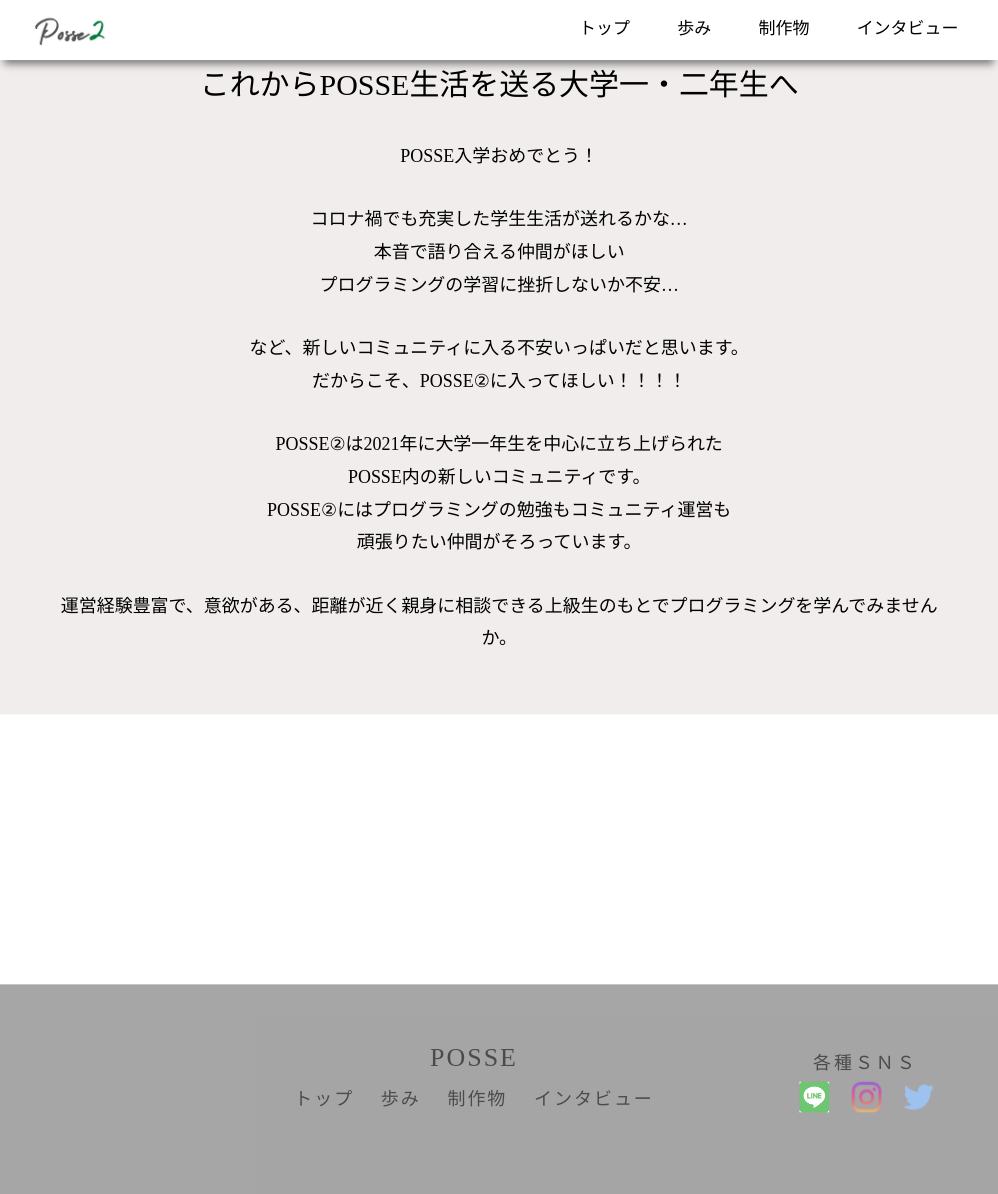
Repository: posse-ap/posse2-hackathon-202202-team2A
Page: topPage/index.html
These files come from the project's save history. The page is drawn as it stood at one moment and after a run of saves; the edit follows.
The browser window is 1280 px wide. The pictures show the whole page, at 78% of full size.

Above is the page before, as saved 2022-02-15 03:16:26.

### topPage/index.html
<!DOCTYPE html>
<html lang="en">

<head>
    <meta charset="UTF-8" />
    <meta http-equiv="X-UA-Compatible" content="IE=edge" />
    <meta name="viewport" content="width=device-width, initial-scale=1.0" />
    <title>Document</title>
    <link rel="stylesheet" href="/reset.css" />
    <link rel="stylesheet" href="/topPage/style.css" />
</head>

<body>
    <!-- <header id="header" class="header">
        <div class="header_content">
            <div class="header_title">
                <img src="/topPage images/S__31211608.jpg" alt="" class="header_title_img">
            </div>
            <div class="header_links">
                <ul>
                    <li><a href="">トップページ</a></li>
                    <li><a href="">活動記録</a></li>
                    <li><a href="">日常の記録</a></li>
                    <li><a href="">保護者の方へ</a></li>
                </ul>
            </div>
        </div>
    </header> -->

    <header id="header" class="header">
        <div class="header_content">
            <div class="header_title">
                <img src="/topPage images/S__31211608.jpg" alt="" class="header_title_img">
            </div>
            <!-- ①サイトタイトル -->
            <div class="nav-wrapper header_links">
                <!-- ②ナビゲーションメニュー -->
                <nav class="header-nav">
                    <ul class="nav-list">
                        <li class="nav-item">
                            <a href="">トップ</a>
                        </li>
                        <li class="nav-item">
                            <a href="">歩み</a>
                        </li>
                        <li class="nav-item">
                            <a href="">制作物</a>
                        </li>
                        <li class="nav-item">
                            <a href="">インタビュー</a>
                        </li>
                    </ul>
                </nav>
            </div>
            <button class="burger-btn">
                <!-- ③ハンバーガーボタン -->
                <span class="bar bar_top"></span>
                <span class="bar bar_mid"></span>
                <span class="bar bar_bottom"></span>
            </button>
        </div>
    </header>

    <section class="section">
        <div>
            <h2>これからPOSSE生活を送る大学一・二年生へ</h2>
        <p>POSSE入学おめでとう！</p>
        <p>コロナ禍でも充実した学生生活が送れるかな…<br>
            本音で語り合える仲間がほしい<br>
            プログラミングの学習に挫折しないか不安…<br>
            </p>
        <p>など、新しいコミュニティに入る不安いっぱいだと思います。<br>
            だからこそ、POSSE②に入ってほしい！！！！
            </p>
        <p>POSSE②は2021年に大学一年生を中心に立ち上げられた<br>POSSE内の新しいコミュニティです。<br>
            POSSE②にはプログラミングの勉強もコミュニティ運営も<br>頑張りたい仲間がそろっています。
        </p>
        <p>
            運営経験豊富で、意欲がある、距離が近く親身に相談できる上級生のもとでプログラミングを学んでみませんか。
        </p>
        </div>
    </section>



    <footer class="footer">
        <div class='footer_box'>
            <div class="footer_box1">
                <div class='footer_official_box'>
                    <label for="logo"><p>POSSE</p></label>
                    <!-- <a id='logo'  href="https://posse.anti-pattern.co.jp/"><img class='posse_logo_footer' src="img\posseLogo.png" alt="ポッセロゴ"></a> -->
                </div>
                <div class='footer_other_box'>
                    <div class='footer_page_in_site'>
                        <a href="">トップ</a>
                        <a href="">歩み</a>
                        <a href="">制作物</a>
                        <a href="">インタビュー</a>
                    </div>
                </div>
            </div>
            <div class='SNS'>
                <p>各種ＳＮＳ</p>
                <div class='SNS_box'>
                    <a href=""><img src="/topPage images/LINE.png" alt=""></a>
                    <a href="https://instagram.com/posse_programming?utm_medium=copy_link"><img src="/topPage images/instagram2.png" alt="instagram"></a>
                    <a href="https://twitter.com/posse_program?s=20"><img src="/topPage images/twitter2.png" alt="twitter"></a>
                </div>
            </div>
        </div>
    </footer>

    <script src="https://ajax.googleapis.com/ajax/libs/jquery/3.6.0/jquery.min.js"></script>
    <script src="/topPage/script.js"></script>
</body>

</html>

### topPage/style.css
html {
    font-size: 1vw;
}

body {
    text-align: center;
    margin: 0 auto;
    font-family: "ヒラギノ丸ゴ Pro W4", "ヒラギノ丸ゴ Pro", "Hiragino Maru Gothic Pro", "ヒラギノ角ゴ Pro W3", "Hiragino Kaku Gothic Pro", "HG丸ｺﾞｼｯｸM-PRO", "HGMaruGothicMPRO";
}

.header_content {
    width: 95%;
    height: 90%;
    display: flex;
    justify-content: space-between;
    opacity: 1;
    margin: 0 6rem 0.3rem 1rem;
}

.header_title {
    display: flex;
}

.header_title_img {
    display: block;
    width: 12rem;
    height: 4rem;
    opacity: 1;
}



.header_links {
    width: 40%;
    padding: 1rem 0 0 0;
}

.header_links ul {
    display: flex;
    justify-content: space-between;
}

.header_links li a {
    display: block;
    color: black;
    text-decoration: none;
    font-size: 1.7rem;
}

.header_links li a:hover {
    opacity: 0.4;
    transform: translate(0, -5px);
}


.header {
    width: 100%;
    height: 6rem;
    background: white;
    position: fixed;
    top: 0;
    left: 0;
    padding-top: 1.1rem;
    box-sizing: border-box;
    z-index: 5;
    box-shadow: 0px 10px 10px -5px rgba(0, 0, 0, 0.5);
}

.SNS_box{
    width: 150%;
}


/* -------------------- */
/* header
  /* -------------------- */
/* .header {
    align-items: center;
    background-color: #1b1310;
    border-bottom: 1px solid #fff;
    color: #fff;
    display: flex;
    height: 74px;
    justify-content: space-between;
    padding: 0 120px;
} */

/* .nav-list {

    display: flex;
} */

/* .nav-item {

    margin-right: 55px;
} */

.burger-btn {
    display: none;
}

/* ------------------ */
/* fv
  /* ------------------ */
.fv {
    align-items: center;
    background-color: #141414;
    background-image: url(../img/fv-bgi@2x.jpg);
    background-position: center;
    background-size: cover;
    display: flex;
    flex-direction: column;
    height: 90vh;
    justify-content: center;
}

/* .main-copy {
    border: 2px solid #fff;
    color: #fff;
    font-size: 50px;
    font-weight: bold;
    padding: 34px 42px;
} */

/* ------------------ */
/* about
  /* ------------------ */
.section-title {
    font-size: 36px;
    font-weight: bold;
    letter-spacing: .05em;
    margin-bottom: 70px;
    text-align: center;
}

h3 {
    font-size: 2.4rem;
    font-weight: bold;
    letter-spacing: .1em;
    line-height: 2;
    margin-bottom: 40px;
}

.section-wrapper {
    padding: 100px 10% 50px;
}

@media screen and (min-width:541px) and (max-width:1024px) {
    .header{
        height: 10rem;
    }

    .header_content{
        padding-top: 2rem;
    }

    .header_title_img{
        width: 100%;
        height: 70%;
    }

    .header_links li a{
        font-size: 2.7rem;
        margin-top: 0;
    }

    .header_links{
        width: 50%;
    }
}

@media screen and (max-width:540px) {

    /* ----------------------- */
    /* base_sp
    /* ----------------------- */
    /* デフォルトのbuttonスタイルをリセット */
    button {
        -webkit-appearance: none;
        -moz-appearance: none;
        appearance: none;
        background: transparent;
        border: 0;
        border-radius: 0;
        color: inherit;
        cursor: pointer;
        font: inherit;
        margin: 0;
        outline: none;
        padding: 0;
        vertical-align: middle;
    }

    /* ------------------ */
    /* humberger-menu */
    /* ------------------ */
    .header {
        padding: 0;
        height: 15rem;
    }

    .header_title_img{
        margin-top: 2rem;
        width: 30rem;
        height: 10rem;
    }

    /* 以下、ハンバーガーボタン */
    .burger-btn {
        display: block;
        height: 22%;
        position: relative;
        width: 20%;
        z-index: 3;
        /* codepenの挙動のため */
        background-color: transparent;
        border: none;
        margin-top: 6rem;
    }



    .bar {
        background-color: black;
        display: block;
        height: 0.1rem;
        left: 50%;
        position: absolute;
        transform: translateX(-50%);
        width: 7rem;
    }

    .bar_top {
        top: 3rem;
    }

    .bar_mid {
        top: 50%;
        transform: translate(-50%, -50%);
    }

    .bar_bottom {
        bottom: 3rem;
    }

    .burger-btn.close{
        margin-top: 8.4rem;
    }

    .burger-btn.close .bar_top {
        transform: translate(-50%,-4.3rem) rotate(45deg);
        transition: transform .3s;
    }

    .burger-btn.close .bar_mid {
        opacity: 0;
        transition: opacity .3s;
    }

    .burger-btn.close .bar_bottom {
        transform: translate(-50%, -1rem) rotate(-45deg);
        transition: transform .3s;
    }

    /* スクロール制御 */
    .noscroll {
        overflow: hidden;
    }

    /* 以下、ハンバーガーメニュー */
    .nav-wrapper {
        visibility: hidden;
        height: 100vh;
        left: 0;
        position: fixed;
        top: 0;
        width: 100vw;
        opacity: 0;
        transition: opacity .5s;
        z-index: 2;
        /*キービジュアルと.btn_triggerとの重なりの前後関係を調整*/
    }

    .header-nav {
        background-color: white;
        height: 100%;
        width: 100%;
        z-index: 2;
    }

    .header_links ul{
        display: block;
    }

    .nav-list {
        display: block;
        left: 50%;
        position: absolute;
        text-align: center;
        top: 50%;
        transform: translate(-50%, -50%);
    }

    .nav-item {
        margin-bottom: 40px;
        margin-right: 0;
    }

    .header_links li a{
        font-size: 5rem;
    }

    /* メニューオープン時 */
    .nav-wrapper.fade {
        opacity: 1;
        visibility: visible;
    }

    /* ------------------ */
    /* fv */
    /* ------------------ */
    .main-copy {
        font-size: 30px;
    }

    /* ------------------ */
    /* about */
    /* ------------------ */
    h3 {
        font-size: 20px;
        margin-bottom: 30px;
    }

    .section-wrapper {
        padding: 100px 5% 50px;
    }
}

/* ふったー */
.footer {
    background-color: grey;
    opacity: 0.7;
}

.footer_box {
    width: 65%;
    height: 15rem;
    display: flex;
    justify-content: space-around;
    padding: 6rem 0 0 0;
    position: relative;
    right: -23%;
    margin-top: 27rem;
}

.footer_official_box label p {
    color: black;
    font-size: 2.6rem;
    letter-spacing: 0.2rem;
}

.footer_official_box label p:hover {
    opacity: 0.4;
    transform: translate(0, -5px);
}

.footer_page_in_site a {
    color: black;
    text-decoration: none;
    font-size: 1.8rem;
    letter-spacing: 0.2rem;
}

.footer_page_in_site a:hover {
    opacity: 0.4;
    transform: translate(0, -5px);
}

.SNS {
    width: 14%;
}

.SNS_box a {
    margin: 1rem;
}

.SNS_box a img {
    width: 3rem;
    height: 3rem;
}

.SNS_box a :hover {
    opacity: 0.4;
    transform: translate(0, -5px);
}

.SNS p {
    color: black;
    font-size: 1.8rem;
    margin: 1rem 0;
    margin-left: 6rem;
    letter-spacing: 0.3rem;
    white-space: nowrap;
}

/* .SNS p:hover {
    opacity: 0.4;
    transform: translate(0, -5px);
} */

.posse_logo_footer {
    width: 80%;
    height: 40%;
}

.footer_other_box {
    font-size: 1.5rem;
    letter-spacing: 0.3rem;
    margin: 2rem;
}

.footer_page_in_site a {
    margin: 0 1rem;
}

.SNS_box{width: 250%;}

@media screen and (min-width:541px) and (max-width:1024px) {
    .footer{
        height: 30rem;
    }

    .footer_official_box label p{
        font-size: 7rem;
    }

    .SNS p{
        display: block;
        margin-left: 0;
        margin: 3rem auto;
        font-size: 3rem;
        white-space: nowrap;
    }

    .footer_page_in_site a{
        font-size: 3rem;
    }

    .footer_box{
        width: 75%;
        display: block;
        right: -13%;
    }

    .SNS{
        margin: 0 auto;
        width: 100%;
    }

    .SNS_box{
        width: 100%;
    }


    .footer_official_box label p{
        font-size: 4rem;
    }

    .SNS_box a img {
        width: 5rem;
        height: 5rem;
    }
}


@media screen and (max-width:540px) {
    .footer_box {
        display: block;
        height: 20rem;
        margin:  20rem 0;
        right: -5%;
        width: 90%;
    }

    .footer_official_box label p{
        font-size: 10rem;
    }

    .footer_page_in_site a{
        font-size: 5rem;
        display: block;
    }

    .footer_page_in_site{
        display: block;
        line-height: 7rem;
    }

    .footer{
        height: 70rem;
    }

    .SNS{
        margin: 0 auto;
        width: 100%;
    }

    .SNS p{
        margin-left: 0;
        display: block;
        width: 50rem;
        margin: 3rem auto;
        font-size: 7rem;
        white-space: nowrap
    }

    .SNS_box{
        width: 100%;
    }

    .SNS_box a img {
        width: 7rem;
        height: 7rem;
    }
}

.section div {
    background-color: rgb(241, 237, 237);
    padding: 3rem;
}

.section div h2 {
    font-size: 3rem;
    margin: 4rem;
}

.section div p {
    font-size: 1.8rem;
    margin: 3rem;
    line-height: 3.3rem;
}

.section2 {
    padding: 7rem 0;
}

.highlight {
    background: linear-gradient(transparent 50%, #f6ff5f 80%);
}

### topPage/script.js
$('.burger-btn').on('click', function () {//.btn_triggerをクリックすると
    $('.burger-btn').toggleClass('close');//.btn_triggerにcloseクラスを付与(ボタンのアニメーション)
    $('.nav-wrapper').toggleClass('fade');//.nav-wrapperに
    $('body').toggleClass('noscroll');//bodyにnoscrollクラスを付与(スクロールを固定)
});

Loaded but not shown: reset.css (common file)

After the next 2 saves:
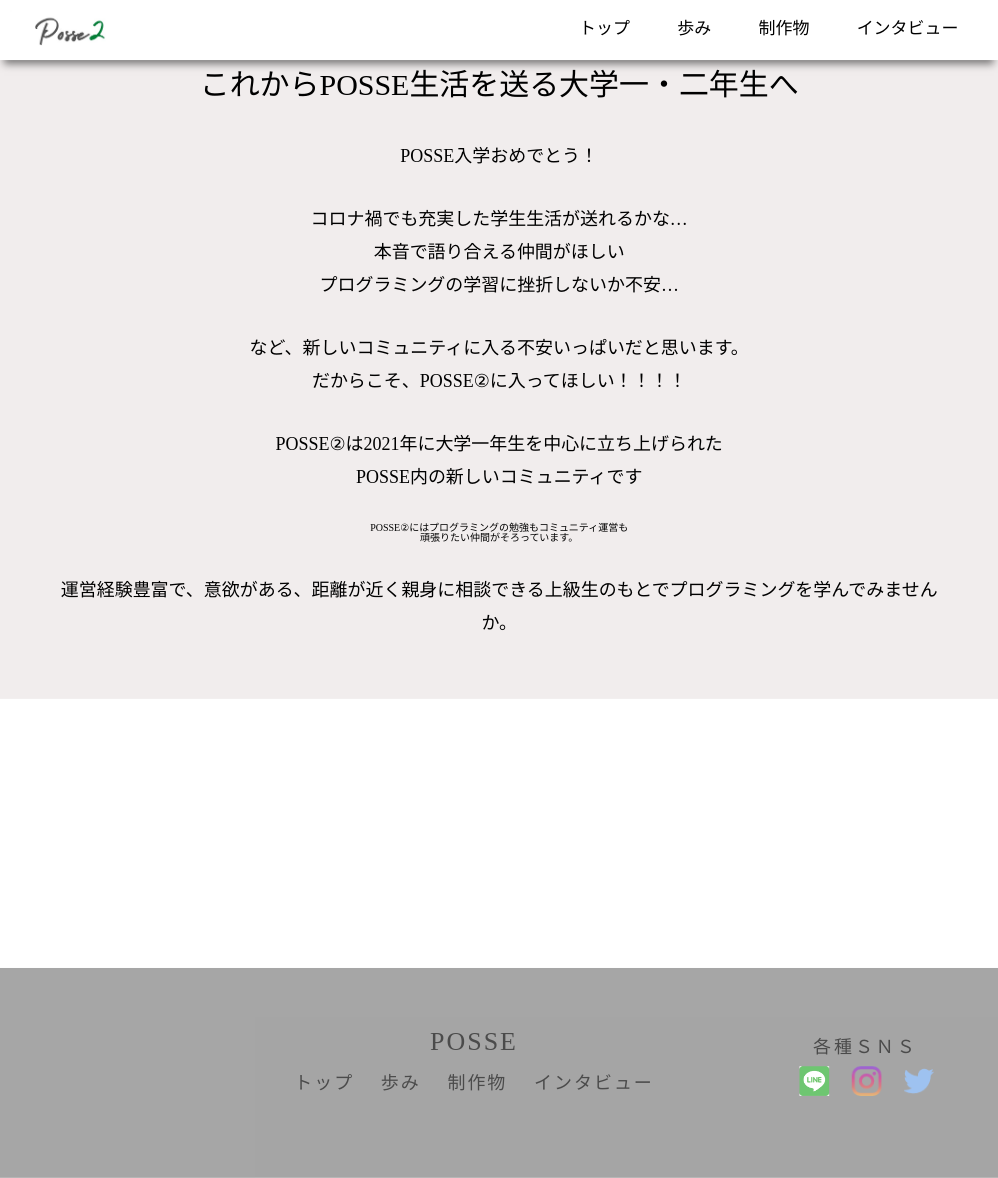
The 2 saves are shown as one change because they came seconds apart.
The last was saved 15 s later.
--- a/topPage/index.html
+++ b/topPage/index.html
@@ -72,7 +72,7 @@
         <p>など、新しいコミュニティに入る不安いっぱいだと思います。<br>
             だからこそ、POSSE②に入ってほしい！！！！
             </p>
-        <p>POSSE②は2021年に大学一年生を中心に立ち上げられた<br>POSSE内の新しいコミュニティです。<br>
+        <p>POSSE②は2021年に大学一年生を中心に立ち上げられた<br>POSSE内の新しいコミュニティです</p>
             POSSE②にはプログラミングの勉強もコミュニティ運営も<br>頑張りたい仲間がそろっています。
         </p>
         <p>
